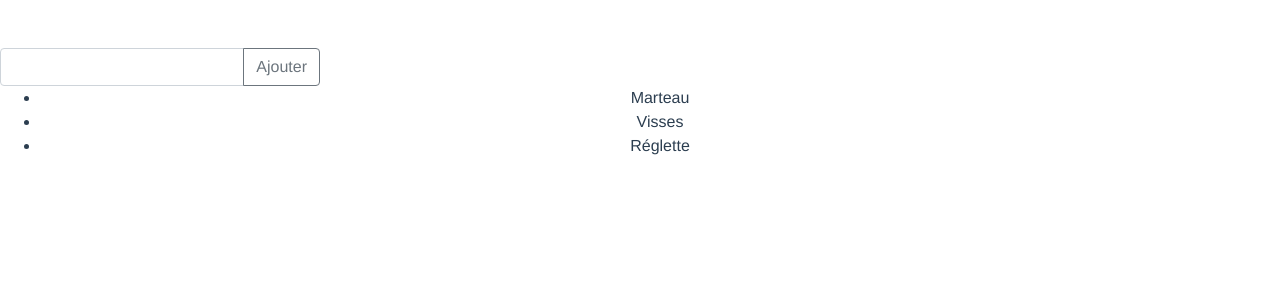
Repository: corentin-e-student/test-vue
Page: /
These files come from the project's save history. The page is drawn as it stood at one moment and after the next save; the edit follows.
The browser window is 1280 px wide. The pictures show the whole page.
The project was rebuilt for these pictures with package versions that can differ from the ones it lists, and the page was loaded fresh each time. Also part of the build but not shown: vue.config.js.

Above is the page before, as saved 2023-02-28 15:54:25.

After the next save:
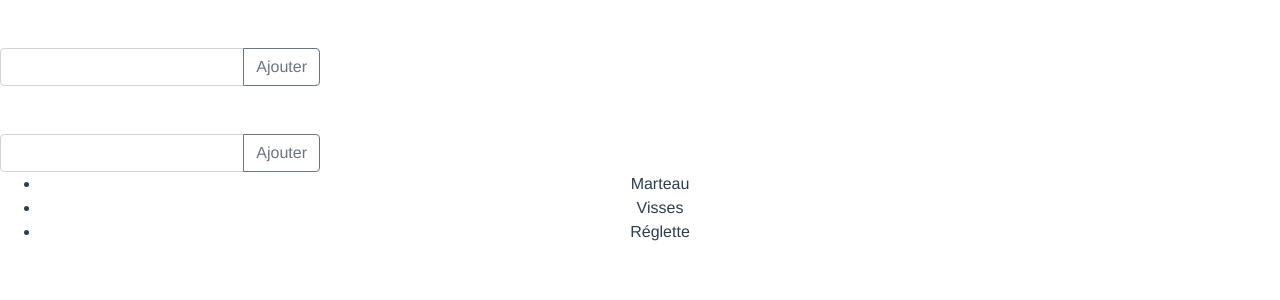
Saved 8 min 23 s later.
--- a/src/components/TodoList.vue
+++ b/src/components/TodoList.vue
@@ -1,5 +1,11 @@
 <template>
     <div id="app-1">
+        <b-input-group class="w-25 mt-5">
+        <b-form-input type="texte"></b-form-input>
+        <b-input-group-append>
+            <b-button variant="outline-secondary">Ajouter</b-button>
+        </b-input-group-append>
+        </b-input-group>
         <ul>
             <li v-for="{id, name} in toolList" :key="id">{{ name }}</li>
         </ul>

After the save that followed:
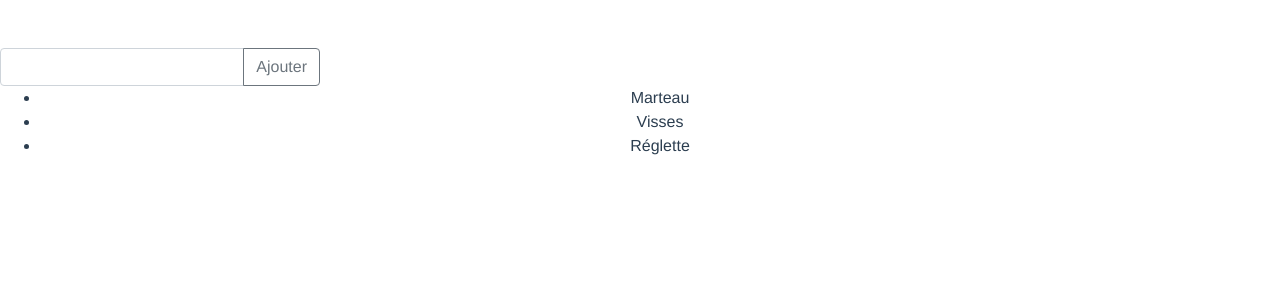
Saved 14 s later.
--- a/src/views/HomeView.vue
+++ b/src/views/HomeView.vue
@@ -1,6 +1,5 @@
 <template>
   <div>
-    <AddField/>
     <TodoList/>
   </div>
 </template>
